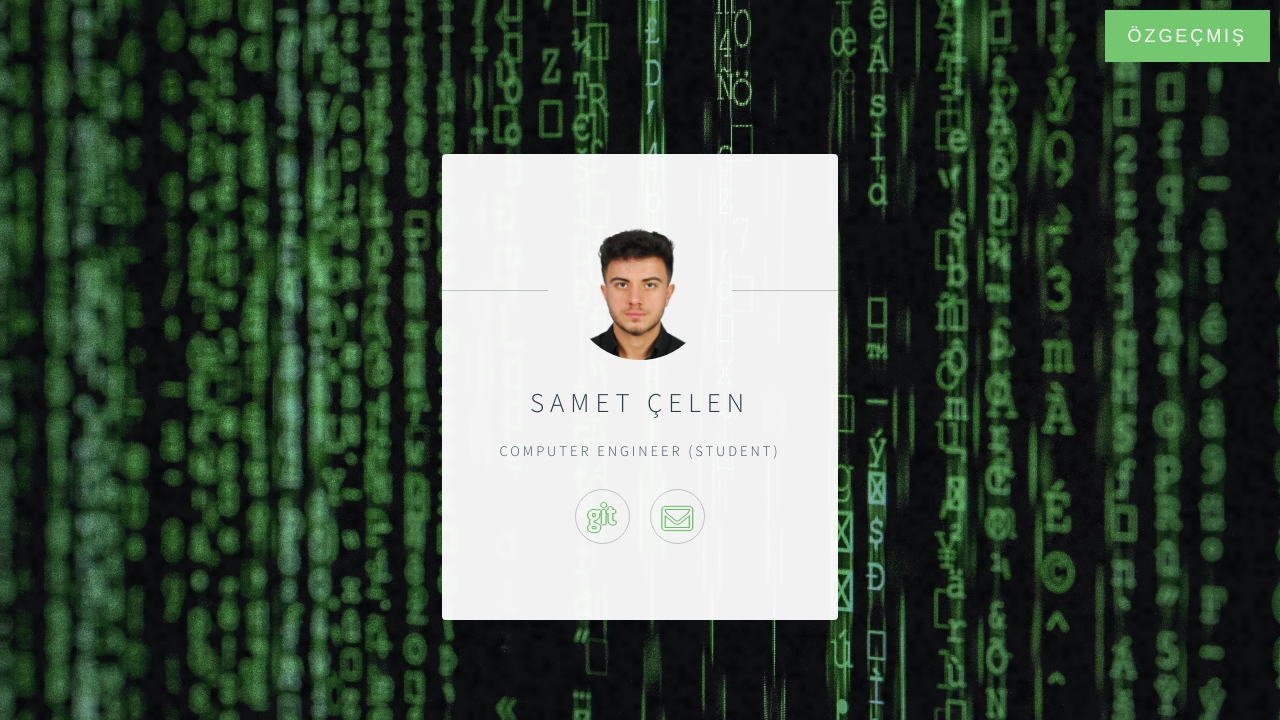
Repository: Sametcelen/sametcelen.github.io
Page: index.html
An editor plug-in stored every save of this project. The page is shown before and after the next save, followed by the edit.
The browser window is 1280 px wide. The pictures show the whole page.

Above is the page before, as saved 2024-10-31 21:01:02.

### index.html
<!DOCTYPE HTML>

<html>

<head>
	<title>Samet Çelen</title>
	<meta charset="utf-8" />
	<meta name="theme-color" content="#2196f3">
	<link rel="shortcut icon" href="/images/favicon.ico" type="image/x-icon">
	<link rel="icon" href="/images/favicon.ico" type="image/x-icon">
	<meta name="viewport" content="width=device-width, initial-scale=1" />
	<!--[if lte IE 8]><script src="assets/js/html5shiv.js"></script><![endif]-->
	<link rel="stylesheet" href="assets/css/main.css" />
	<!--[if lte IE 9]><link rel="stylesheet" href="assets/css/ie9.css" /><![endif]-->
	<!--[if lte IE 8]><link rel="stylesheet" href="assets/css/ie8.css" /><![endif]-->
	<!-- Compiled and minified CSS -->
	<!-- Global site tag (gtag.js) - Google Analytics -->

	<!-- Global site tag (gtag.js) - Google Analytics -->

	<noscript>
		<link rel="stylesheet" href="assets/css/noscript.css" />
	</noscript>
	<link rel="stylesheet" href="https://fonts.googleapis.com/icon?family=Material+Icons">
</head>


<body class="is-loading">

	<!-- Wrapper -->
	<div id="wrapper">
		<p><a href="/CV.pdf" class="buton" id="butblog">Özgeçmiş</a></p>
		<p><a href="/CV.pdf" class="buton" id="butblog">Özgeçmiş</a></p>

		<!-- Main -->
		<section id="main">
			<header>
				<span class="avatar"><img id="av" src="images/avatar.jpg" alt="" /></span>
				<h1 id="isim">Samet Çelen</h1>
				<p id="meslek">Computer Engineer (Student)</p>
			</header>




			<footer>
				<ul class="icons">
					<li><a href="https://github.com/Sametcelen" class="fa fa-git">Github</a></li>
					<li><a href="mailto:sametcelen516@gmail.net" class="fa fa-envelope-o">Mail</a></li>
				</ul>
			</footer>
		</section>
		<script>
			function myFunction() {
				var x = document.getElementById("iletisim");
				if (x.style.display === "none") {
					x.style.display = "block";
				} else {
					x.style.display = "none";
				}
			}
		</script>


		<!-- Footer -->
		<footer id="footer">
			<ul class="copyright">
				<li></li>
				<li> <a href=""></a></li>
			</ul>
		</footer>

	</div>

	<!-- Scripts -->
	<!--[if lte IE 8]><script src="assets/js/respond.min.js"></script><![endif]-->
	<script>
		if ('addEventListener' in window) {
			window.addEventListener('load', function () { document.body.className = document.body.className.replace(/\bis-loading\b/, ''); });
			document.body.className += (navigator.userAgent.match(/(MSIE|rv:11\.0)/) ? ' is-ie' : '');
		}

	</script>

</body>

</html>

### assets/css/main.css
@charset "UTF-8";
@import url(font-awesome.min.css);
@import url("http://fonts.googleapis.com/css?family=Source+Sans+Pro:300");

/*
	Identity by HTML5 UP
	html5up.net | @n33co
	Free for personal and commercial use under the CCA 3.0 license (html5up.net/license)
*/

/* Reset */

	html, body, div, span, applet, object, iframe, h1, h2, h3, h4, h5, h6, p, blockquote, pre, a, abbr, acronym, address, big, cite, code, del, dfn, em, img, ins, kbd, q, s, samp, small, strike, strong, sub, sup, tt, var, b, u, i, center, dl, dt, dd, ol, ul, li, fieldset, form, label, legend, table, caption, tbody, tfoot, thead, tr, th, td, article, aside, canvas, details, embed, figure, figcaption, footer, header, hgroup, menu, nav, output, ruby, section, summary, time, mark, audio, video {
		margin: 0;
		padding: 0;
		border: 0;
		font-size: 100%;
		font: inherit;
		vertical-align: baseline;
	}
	#butblog{
		position: fixed;
		right: 10px;
		top: 10px;
		z-index: 1;
	}
	article, aside, details, figcaption, figure, footer, header, hgroup, menu, nav, section {
		display: block;
	}

	body {
		line-height: 1;
	}

	ol, ul {
		list-style: none;
	}

	blockquote, q {
		quotes: none;
	}

	blockquote:before, blockquote:after, q:before, q:after {
		content: '';
		content: none;
	}

	table {
		border-collapse: collapse;
		border-spacing: 0;
	}

	body {
		-webkit-text-size-adjust: none;
	}

/* Box Model */

	*, *:before, *:after {
		-moz-box-sizing: border-box;
		-webkit-box-sizing: border-box;
		box-sizing: border-box;
	}

/* Basic */

	@media screen and (max-width: 480px) {

		html, body {
			min-width: 320px;
		}

	}

	body.is-loading *, body.is-loading *:before, body.is-loading *:after {
		-moz-animation: none !important;
		-webkit-animation: none !important;
		-ms-animation: none !important;
		animation: none !important;
		-moz-transition: none !important;
		-webkit-transition: none !important;
		-ms-transition: none !important;
		transition: none !important;
	}

	html {
		height: 100%;
	}

	body {
		height: 100%;
		background-color: #ffffff;
		background-image: url("images/overlay.png"), url("../../images/bg.jpg");
		background-image: url("images/overlay.png"), url("../../images/bg.jpg");
		background-image: url("images/overlay.png"), url("../../images/bg.jpg");
		background-image: url("images/overlay.png"), url("../../images/bg.jpg");
		background-repeat: repeat,			no-repeat,			no-repeat;
		background-size: cover, cover,				cover;
		background-position: top left,		center center,		bottom center;
		background-attachment: fixed,			fixed,				fixed;
	}

		body:after {
			content: '';
			display: block;
			position: fixed;
			top: 0;
			left: 0;
			width: 100%;
			height: inherit;
			opacity: 0;
			z-index: 1;
			background-color: #ffffff;
			background-image: url("images/overlay.png"), -moz-linear-gradient(60deg, rgba(255, 165, 150, 0.5) 5%, rgba(0, 228, 255, 0.35));
			background-image: url("images/overlay.png"), -webkit-linear-gradient(60deg, rgba(255, 165, 150, 0.5) 5%, rgba(0, 228, 255, 0.35));
			background-image: url("images/overlay.png"), -ms-linear-gradient(60deg, rgba(255, 165, 150, 0.5) 5%, rgba(0, 228, 255, 0.35));
			background-image: url("images/overlay.png"), linear-gradient(60deg, rgba(255, 165, 150, 0.5) 5%, rgba(0, 228, 255, 0.35));
			background-repeat: repeat,			no-repeat;
			background-size: 100px 100px, cover;
			background-position: top left,		center center;
			-moz-transition: opacity 1.75s ease-out;
			-webkit-transition: opacity 1.75s ease-out;
			-ms-transition: opacity 1.75s ease-out;
			transition: opacity 1.75s ease-out;
		}

		body.is-loading:after {
			opacity: 1;
		}

/* Type */

	body, input, select, textarea {
		color: #414f57;
		font-family: "Source Sans Pro", Helvetica, sans-serif;
		font-size: 14pt;
		font-weight: 300;
		line-height: 2;
		letter-spacing: 0.2em;
		text-transform: uppercase;
	}

		@media screen and (max-width: 1680px) {

			body, input, select, textarea {
				font-size: 11pt;
			}

		}

		@media screen and (max-width: 480px) {

			body, input, select, textarea {
				font-size: 10pt;
				line-height: 1.75;
			}

		}

	a {
		-moz-transition: color 0.2s ease, border-color 0.2s ease;
		-webkit-transition: color 0.2s ease, border-color 0.2s ease;
		-ms-transition: color 0.2s ease, border-color 0.2s ease;
		transition: color 0.2s ease, border-color 0.2s ease;
		color: inherit;
		text-decoration: none;
	}

		a:before {
			-moz-transition: color 0.2s ease, text-shadow 0.2s ease;
			-webkit-transition: color 0.2s ease, text-shadow 0.2s ease;
			-ms-transition: color 0.2s ease, text-shadow 0.2s ease;
			transition: color 0.2s ease, text-shadow 0.2s ease;
		}

		a:hover {
			color: #ff7496;
		}

	strong, b {
		color: #313f47;
	}

	em, i {
		font-style: italic;
	}

	p {
		margin: 0 0 1.5em 0;
	}

	h1, h2, h3, h4, h5, h6 {
		color: #313f47;
		line-height: 1.5;
		margin: 0 0 0.75em 0;
	}

		h1 a, h2 a, h3 a, h4 a, h5 a, h6 a {
			color: inherit;
			text-decoration: none;
		}

	h1 {
		font-size: 1.85em;
		letter-spacing: 0.22em;
		margin: 0 0 0.525em 0;
	}

	h2 {
		font-size: 1.25em;
	}

	h3 {
		font-size: 1em;
	}

	h4 {
		font-size: 1em;
	}

	h5 {
		font-size: 1em;
	}

	h6 {
		font-size: 1em;
	}

	@media screen and (max-width: 480px) {

		h1 {
			font-size: 1.65em;
		}

	}

	sub {
		font-size: 0.8em;
		position: relative;
		top: 0.5em;
	}

	sup {
		font-size: 0.8em;
		position: relative;
		top: -0.5em;
	}

	hr {
		border: 0;
		border-bottom: solid 1px #c8cccf;
		margin: 3em 0;
	}

/* Form */

	form {
		margin: 0 0 1.5em 0;
	}

		form > .field {
			margin: 0 0 1.5em 0;
		}

			form > .field > :last-child {
				margin-bottom: 0;
			}

	label {
		color: #313f47;
		display: block;
		font-size: 0.9em;
		margin: 0 0 0.75em 0;
	}

	input[type="text"],
	input[type="password"],
	input[type="email"],
	input[type="tel"],
	select,
	textarea {
		-moz-appearance: none;
		-webkit-appearance: none;
		-ms-appearance: none;
		appearance: none;
		border-radius: 4px;
		border: solid 1px #c8cccf;
		color: inherit;
		display: block;
		outline: 0;
		padding: 0 1em;
		text-decoration: none;
		width: 100%;
	}

		input[type="text"]:invalid,
		input[type="password"]:invalid,
		input[type="email"]:invalid,
		input[type="tel"]:invalid,
		select:invalid,
		textarea:invalid {
			box-shadow: none;
		}

		input[type="text"]:focus,
		input[type="password"]:focus,
		input[type="email"]:focus,
		input[type="tel"]:focus,
		select:focus,
		textarea:focus {
			border-color: #ff7496;
		}

	.select-wrapper {
		text-decoration: none;
		display: block;
		position: relative;
	}

		.select-wrapper:before {
			content: "";
			-moz-osx-font-smoothing: grayscale;
			-webkit-font-smoothing: antialiased;
			font-family: FontAwesome;
			font-style: normal;
			font-weight: normal;
			text-transform: none !important;
		}

		.select-wrapper:before {
			color: #c8cccf;
			display: block;
			height: 2.75em;
			line-height: 2.75em;
			pointer-events: none;
			position: absolute;
			right: 0;
			text-align: center;
			top: 0;
			width: 2.75em;
		}

		.select-wrapper select::-ms-expand {
			display: none;
		}

	input[type="text"],
	input[type="password"],
	input[type="email"],
	select {
		height: 2.75em;
	}

	textarea {
		padding: 0.75em 1em;
	}

	input[type="checkbox"],
	input[type="radio"] {
		-moz-appearance: none;
		-webkit-appearance: none;
		-ms-appearance: none;
		appearance: none;
		display: block;
		float: left;
		margin-right: -2em;
		opacity: 0;
		width: 1em;
		z-index: -1;
	}

		input[type="checkbox"] + label,
		input[type="radio"] + label {
			text-decoration: none;
			color: #414f57;
			cursor: pointer;
			display: inline-block;
			font-size: 1em;
			font-weight: 300;
			padding-left: 2.4em;
			padding-right: 0.75em;
			position: relative;
		}

			input[type="checkbox"] + label:before,
			input[type="radio"] + label:before {
				-moz-osx-font-smoothing: grayscale;
				-webkit-font-smoothing: antialiased;
				font-family: FontAwesome;
				font-style: normal;
				font-weight: normal;
				text-transform: none !important;
			}

			input[type="checkbox"] + label:before,
			input[type="radio"] + label:before {
				border-radius: 4px;
				border: solid 1px #c8cccf;
				content: '';
				display: inline-block;
				height: 1.65em;
				left: 0;
				line-height: 1.58125em;
				position: absolute;
				text-align: center;
				top: 0.15em;
				width: 1.65em;
			}

		input[type="checkbox"]:checked + label:before,
		input[type="radio"]:checked + label:before {
			color: #ff7496;
			content: '\f00c';
		}

		input[type="checkbox"]:focus + label:before,
		input[type="radio"]:focus + label:before {
			border-color: #ff7496;
		}

	input[type="checkbox"] + label:before {
		border-radius: 4px;
	}

	input[type="radio"] + label:before {
		border-radius: 100%;
	}

	::-webkit-input-placeholder {
		color: #616f77 !important;
		opacity: 1.0;
	}

	:-moz-placeholder {
		color: #616f77 !important;
		opacity: 1.0;
	}

	::-moz-placeholder {
		color: #616f77 !important;
		opacity: 1.0;
	}

	:-ms-input-placeholder {
		color: #616f77 !important;
		opacity: 1.0;
	}

	.formerize-placeholder {
		color: #616f77 !important;
		opacity: 1.0;
	}

/* Icon */

	.icon {
		text-decoration: none;
		position: relative;
		border-bottom: none;
	}

		.icon:before {
			-moz-osx-font-smoothing: grayscale;
			-webkit-font-smoothing: antialiased;
			font-family: FontAwesome;
			font-style: normal;
			font-weight: normal;
			text-transform: none !important;
		}

		.icon > .label {
			display: none;
		}

/* List */

	ol {
		list-style: decimal;
		margin: 0 0 1.5em 0;
		padding-left: 1.25em;
	}

		ol li {
			padding-left: 0.25em;
		}

	ul {
		list-style: disc;
		margin: 0 0 1.5em 0;
		padding-left: 1em;
	}

		ul li {
			padding-left: 0.5em;
		}

		ul.alt {
			list-style: none;
			padding-left: 0;
		}

			ul.alt li {
				border-top: solid 1px #c8cccf;
				padding: 0.5em 0;
			}

				ul.alt li:first-child {
					border-top: 0;
					padding-top: 0;
				}

		ul.icons {
			cursor: default;
			list-style: none;
			padding-left: 0;
			margin-top: -0.675em;
		}

			ul.icons li {
				display: inline-block;
				padding: 0.675em 0.5em;
			}

				ul.icons li a {
					text-decoration: none;
					position: relative;
					display: block;
					width: 3.75em;
					height: 3.75em;
					border-radius: 100%;
					border: solid 1px #c8cccf;
					line-height: 3.75em;
					overflow: hidden;
					text-align: center;
					text-indent: 3.75em;
					white-space: nowrap;
				}

					ul.icons li a:before {
						-moz-osx-font-smoothing: grayscale;
						-webkit-font-smoothing: antialiased;
						font-family: FontAwesome;
						font-style: normal;
						font-weight: normal;
						text-transform: none !important;
					}

					ul.icons li a:before {
						color: #ffffff;
						text-shadow: 1.25px 0px 0px #73c76e, -1.25px 0px 0px #73c76e, 0px 1.25px 0px #73c76e, 0px -1.25px 0px #73c76e;
					}

					ul.icons li a:hover:before {
						text-shadow: 1.25px 0px 0px #73c76e, -1.25px 0px 0px #73c76e, 0px 1.25px 0px #73c76e, 0px -1.25px 0px #73c76e;
					}

					ul.icons li a:before {
						position: absolute;
						top: 0;
						left: 0;
						width: inherit;
						height: inherit;
						font-size: 1.85rem;
						line-height: inherit;
						text-align: center;
						text-indent: 0;
					}

					ul.icons li a:hover {
						border-color: #73c76e;
					}

					a.buton {
  font-family: Arial;
  color: #ffffff;
  font-size: 18px;
  background: #73c76e;
  padding: 8px 23px 8px 23px;
  text-decoration: none;
}

				a.buton:hover {
  background: #73c76e;
  text-decoration: none;
}

a.buton
   {
      position: absolute;
      top: 2%;
			right: 2%;
   }


/*	a.buton:hover{
background-color:#006699;
text-shadow: 0 1px 1px rgba(0, 0, 0, 0.25);
}
*/
			@media screen and (max-width: 480px) {

				ul.icons li a:before {
					font-size: 1.5rem;
				}

			}

		ul.actions {
			cursor: default;
			list-style: none;
			padding-left: 0;
		}

			ul.actions li {
				display: inline-block;
				padding: 0 0.75em 0 0;
				vertical-align: middle;
			}

				ul.actions li:last-child {
					padding-right: 0;
				}

	dl {
		margin: 0 0 1.5em 0;
	}

		dl dt {
			display: block;
			margin: 0 0 0.75em 0;
		}

		dl dd {
			margin-left: 1.5em;
		}

/* Button */

	input[type="submit"],
	input[type="reset"],
	input[type="button"],
	button,
	.button {
		-moz-appearance: none;
		-webkit-appearance: none;
		-ms-appearance: none;
		appearance: none;
		-moz-transition: background-color 0.2s ease-in-out, border-color 0.2s ease-in-out, color 0.2s ease-in-out;
		-webkit-transition: background-color 0.2s ease-in-out, border-color 0.2s ease-in-out, color 0.2s ease-in-out;
		-ms-transition: background-color 0.2s ease-in-out, border-color 0.2s ease-in-out, color 0.2s ease-in-out;
		transition: background-color 0.2s ease-in-out, border-color 0.2s ease-in-out, color 0.2s ease-in-out;
		display: inline-block;
		height: 2.75em;
		line-height: 2.75em;
		padding: 0 1.5em;
		background-color: transparent;
		border-radius: 4px;
		border: solid 1px #c8cccf;
		color: #414f57 !important;
		cursor: pointer;
		text-align: center;
		text-decoration: none;
		white-space: nowrap;
	}

		input[type="submit"]:hover,
		input[type="reset"]:hover,
		input[type="button"]:hover,
		button:hover,
		.button:hover {
			border-color: #ff7496;
			color: #ff7496 !important;
		}

		input[type="submit"].icon,
		input[type="reset"].icon,
		input[type="button"].icon,
		button.icon,
		.button.icon {
			padding-left: 1.35em;
		}

			input[type="submit"].icon:before,
			input[type="reset"].icon:before,
			input[type="button"].icon:before,
			button.icon:before,
			.button.icon:before {
				margin-right: 0.5em;
			}

		input[type="submit"].fit,
		input[type="reset"].fit,
		input[type="button"].fit,
		button.fit,
		.button.fit {
			display: block;
			width: 100%;
			margin: 0 0 0.75em 0;
		}

		input[type="submit"].small,
		input[type="reset"].small,
		input[type="button"].small,
		button.small,
		.button.small {
			font-size: 0.8em;
		}

		input[type="submit"].big,
		input[type="reset"].big,
		input[type="button"].big,
		button.big,
		.button.big {
			font-size: 1.35em;
		}

		input[type="submit"].disabled, input[type="submit"]:disabled,
		input[type="reset"].disabled,
		input[type="reset"]:disabled,
		input[type="button"].disabled,
		input[type="button"]:disabled,
		button.disabled,
		button:disabled,
		.button.disabled,
		.button:disabled {
			-moz-pointer-events: none;
			-webkit-pointer-events: none;
			-ms-pointer-events: none;
			pointer-events: none;
			opacity: 0.5;
		}

/* Main */

	#main {
		position: relative;
		max-width: 100%;
		min-width: 27em;
		padding: 4.5em 3em 3em 3em ;
		background: #ffffff;
		border-radius: 4px;
		cursor: default;
		opacity: 0.95;
		text-align: center;
		-moz-transform-origin: 50% 50%;
		-webkit-transform-origin: 50% 50%;
		-ms-transform-origin: 50% 50%;
		transform-origin: 50% 50%;
		-moz-transform: rotateX(0deg);
		-webkit-transform: rotateX(0deg);
		-ms-transform: rotateX(0deg);
		transform: rotateX(0deg);
		-moz-transition: opacity 1s ease, -moz-transform 1s ease;
		-webkit-transition: opacity 1s ease, -webkit-transform 1s ease;
		-ms-transition: opacity 1s ease, -ms-transform 1s ease;
		transition: opacity 1s ease, transform 1s ease;
	}

		#main .avatar {
			position: relative;
			display: block;
			margin-bottom: 1.5em;
		}

			#main .avatar img {
				height:140px;
				width:140px;
				display: block;
				margin: 0 auto;
				border-radius: 100%;
				box-shadow: 0 0 0 1.5em #ffffff;
			}

			#main .avatar:before {
				content: '';
				display: block;
				position: absolute;
				top: 50%;
				left: -3em;
				width: calc(100% + 6em);
				height: 1px;
				z-index: -1;
				background: #c8cccf;
			}

		@media screen and (max-width: 480px) {

			#main {
				min-width: 0;
				width: 100%;
				padding: 4em 2em 2.5em 2em ;
			}

				#main .avatar:before {
					left: -2em;
					width: calc(100% + 4em);
				}

		}

		body.is-loading #main {
			opacity: 0;
			-moz-transform: rotateX(15deg);
			-webkit-transform: rotateX(15deg);
			-ms-transform: rotateX(15deg);
			transform: rotateX(15deg);
		}

/* Footer */

	#footer {
		-moz-align-self: -moz-flex-end;
		-webkit-align-self: -webkit-flex-end;
		-ms-align-self: -ms-flex-end;
		align-self: flex-end;
		width: 100%;
		padding: 1.5em 0 0 0;
		color: rgba(255, 255, 255, 0.75);
		cursor: default;
		text-align: center;
	}

		#footer .copyright {
			margin: 0;
			padding: 0;
			font-size: 0.9em;
			list-style: none;
		}

			#footer .copyright li {
				display: inline-block;
				margin: 0 0 0 0.45em;
				padding: 0 0 0 0.85em;
				border-left: solid 1px rgba(255, 255, 255, 0.5);
				line-height: 1;
			}

				#footer .copyright li:first-child {
					border-left: 0;
				}

/* Wrapper */

	#wrapper {
		display: -moz-flex;
		display: -webkit-flex;
		display: -ms-flex;
		display: flex;
		-moz-align-items: center;
		-webkit-align-items: center;
		-ms-align-items: center;
		align-items: center;
		-moz-justify-content: space-between;
		-webkit-justify-content: space-between;
		-ms-justify-content: space-between;
		justify-content: space-between;
		-moz-flex-direction: column;
		-webkit-flex-direction: column;
		-ms-flex-direction: column;
		flex-direction: column;
		-moz-perspective: 1000px;
		-webkit-perspective: 1000px;
		-ms-perspective: 1000px;
		perspective: 1000px;
		position: relative;
		min-height: 100%;
		padding: 1.5em;
		z-index: 2;
	}

		#wrapper > * {
			z-index: 1;
		}

		#wrapper:before {
			content: '';
			display: block;
		}

		@media screen and (max-width: 360px) {

			#wrapper {
				padding: 0.75em;
			}

		}

		body.is-ie #wrapper {
			height: 100%;
		}

Loaded but not shown: assets/css/font-awesome.min.css (library)

After the next save:
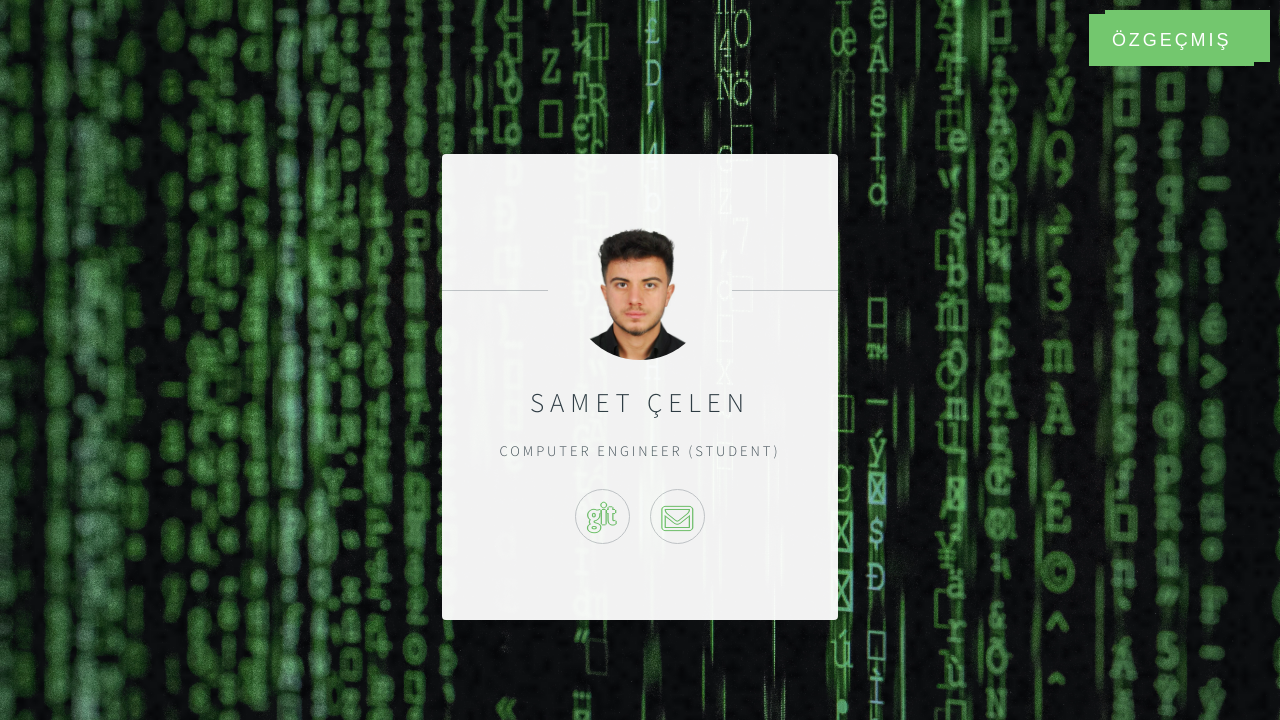
Saved 7 s later.
--- a/index.html
+++ b/index.html
@@ -30,7 +30,7 @@
 	<!-- Wrapper -->
 	<div id="wrapper">
 		<p><a href="/CV.pdf" class="buton" id="butblog">Özgeçmiş</a></p>
-		<p><a href="/CV.pdf" class="buton" id="butblog">Özgeçmiş</a></p>
+		<p><a href="/CV.pdf" class="buton" id="butblog2">Özgeçmiş</a></p>
 
 		<!-- Main -->
 		<section id="main">
